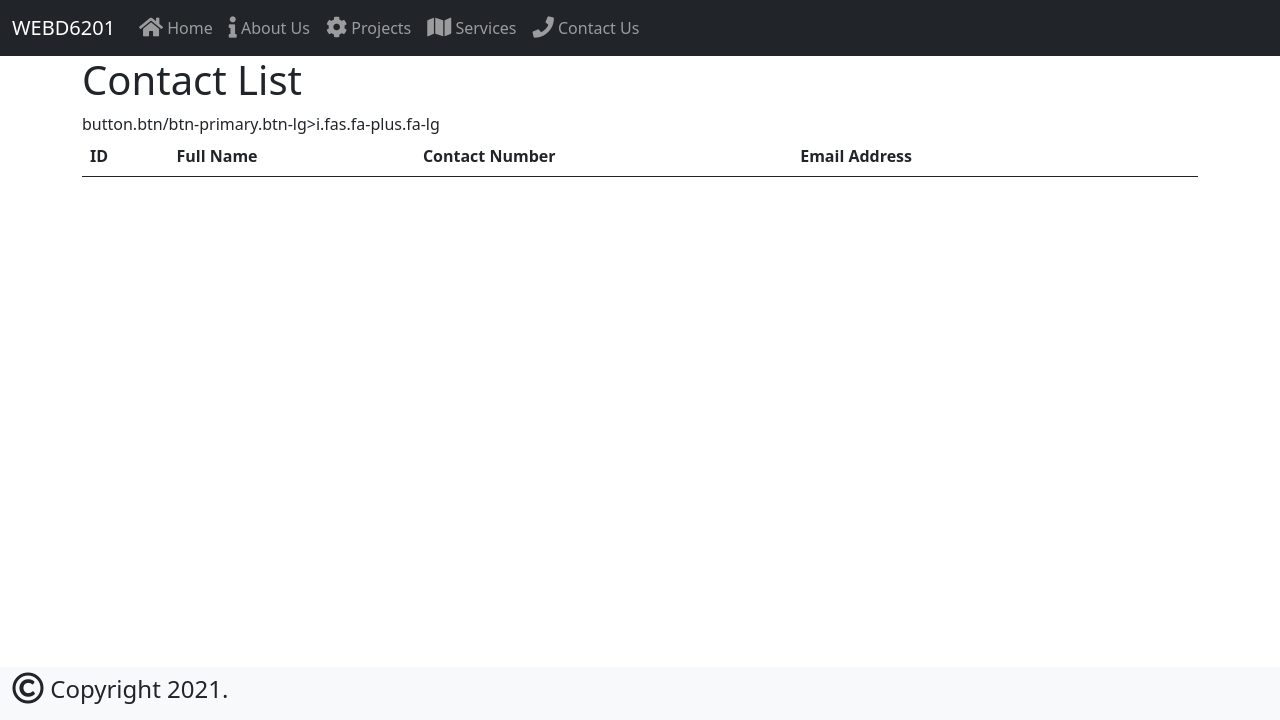
Repository: GarlicButterBoy/WEBD6201-ICE04
Page: contact-list.html
The author's editor kept a copy of each file at every save. The page is drawn from the files as they stood at one save, then again after a run of saves.
The browser window is 1280 px wide. The pictures show the whole page.

Above is the page before, as saved 2021-02-10 09:20:25.

### contact-list.html
<!DOCTYPE html>
<html lang="en">
<head>
    <meta charset="UTF-8">
    <meta name="viewport" content="width=device-width, initial-scale=1.0">
    <title>Contact-List</title>
    <!-- CSS Section -->
    <link rel="stylesheet" href="./node_modules/bootstrap/dist/css/bootstrap.min.css">
    <link rel="stylesheet" href="./node_modules/@fortawesome/fontawesome-free/css/all.min.css">
    <link rel="stylesheet" href="./Content/app.css">
</head>
<body>
    <!-- Main Header -->
    <header>
        <!-- Main Navigation -->
        <nav class="navbar navbar-expand-lg navbar-dark bg-dark">
            <div class="container-fluid">
              <a class="navbar-brand" href="index.html">WEBD6201</a>
              <button class="navbar-toggler" type="button" data-bs-toggle="collapse" data-bs-target="#navbarSupportedContent" aria-controls="navbarSupportedContent" aria-expanded="false" aria-label="Toggle navigation">
                <span class="navbar-toggler-icon"></span>
              </button>
              <div class="collapse navbar-collapse" id="navbarSupportedContent">
                <ul class="navbar-nav me-auto mb-2 mb-lg-0">
                  <li class="nav-item">
                    <a class="nav-link" aria-current="page" href="index.html"><i class="fas fa-home fa-lg"></i> Home</a>
                  </li>

                  <li class="nav-item">
                    <a class="nav-link" aria-current="page" href="about.html"><i class="fas fa-info fa-lg"></i> About Us</a>
                  </li>

                  <li class="nav-item">
                    <a class="nav-link" aria-current="page" href="projects.html"><i class="fas fa-cog fa-lg"></i> Projects</a>
                  </li>

                  <li class="nav-item">
                    <a class="nav-link" aria-current="page" href="services.html"><i class="fas fa-map fa-lg"></i> Services</a>
                  </li>

                  <li class="nav-item">
                    <a class="nav-link" aria-current="page" href="contact.html"><i class="fas fa-phone fa-lg"></i> Contact Us</a>
                  </li>
                </ul>
              </div>
            </div>
          </nav>
    </header>

    <!-- Main Content -->
    <main class="container">
        <h1>Contact List</h1>

        <div class="row">
          <div class="col">

            button.btn/btn-primary.btn-lg>i.fas.fa-plus.fa-lg
            <table class="table table-striped">


            <thead>
              <tr>
                <th scope="col">ID</th>
                <th scope="col">Full Name</th>
                <th scope="col">Contact Number</th>
                <th scope="col">Email Address</th>
                <th scope="col"></th>
                <th scope="col"></th>
              </tr>
            </thead>
            <tbody id="contactList">
            </tbody>
          </table>
          </div>
        </div>
    </main>

    <!-- Main Footer -->
    <footer>
        <nav class="navbar fixed-bottom navbar-light bg-light">
            <div class="container-fluid">
              <h4><i class="far fa-copyright fa-lg"></i> Copyright 2021.</h4>
            </div>
          </nav>
    </footer>

    <!-- Script Section-->
    <script src="./node_modules/jquery/dist/jquery.min.js"></script>
    <script src="./node_modules/bootstrap/dist/js/bootstrap.bundle.min.js"></script>
    <script src="./Scripts/namespace.js"></script>
    <script src="./Scripts/contact.js"></script>
    <script src="./Scripts/app.js"></script>
</body>
</html>

### Scripts/namespace.js

//namespace core
let core;

### Scripts/contact.js
"use strict";

//Contact Class

(()=>{
    class Contact {

        //getters and setters
      get FullName()
      {
          return this.m_fullName;
      }
      get ContactNumber()
      {
          return this.m_conactNumber;
      }
      get EmailAddress()
      {
          return this.m_emailAddress;
      }
      set FullName(value)
      {
          this.m_fullName = value;
      }
      set ContactNumber(value)
      {
          this.m_conactNumber = value;
      }
      set EmailAddress(value)
      {
          this.m_emailAddress = value;
      }

        //Constructor
        /**
         * A Constructor for any Contact objects being instantiated
         * @param {string} fullName
         * @param {string} contactNumber
         * @param {string} emailAddress
         */
        constructor(fullName = "", contactNumber = "", emailAddress = "")
        {
            this.ContactNumber = contactNumber;
            this.EmailAddress = emailAddress;
            this.FullName = fullName;
        }



        //Methods
        /**
         * Overrides the toString method to print the Contact class
         * @returns {string}
         */
        toString()
        {
            return `Full Name: ${this.m_fullName}\nPhone: ${this.m_contactNumber}\nEmail: ${this.m_emailAddress}`;
        }

        /**
         * This method returns a JSON Object
         * @returns {Object}
         */
        toJSON()
        {
            return {
                "fullName":this.FullName,
                "contactNumber":this.ContactNumber,
                "emailAddress":this.EmailAddress
            }
        }
        /**
         * Method converts the Contact into a comma-seperated value string
         * @returns {String}
         */
        serialize()
        {
            if (this.FullName !== "" && this.ContactNumber !== "" && this.EmailAddress !== "")
            {
                return `${this.FullName},${this.ContactNumber},${this.EmailAddress}`;
            }
            else
            {
                console.error("Error: One of more of the Contact Properties are empty or null.");
                return null;
            }

        }
        /**
         * Method takes a comma-seperated data string and assigns the values to the contact class properties
         * @param {string} data
         * @returns {void}
         */
        deserialize(data)
        {
            let propertyArray = data.split(",");
            this.FullName = propertyArray[0];
            this.ContactNumber = propertyArray[1];
            this.EmailAddress = propertyArray[2];
        }

    }

core.Contact = Contact;

})(core || (core={}));

### Scripts/app.js
/* custom JavaScript goes here */

//IIFE - Immediately Invoked Function Expression
//AKA - Anonymous Self-Executing Function
//Closure - limits scope leak

"use strict";
/* Example of a class being created with brand new functions
let myContact =
{
  "firstName":"Nick SF",
  "contactNumber":"905-123-4567",
  "emailAddress":"email@test.com",
  "saysHello":function() { console.log(`${fullName} says Hello!`); },
  "someOtherObject":{  "friendsList":["Tony", "Stephen", "Peter"]  }

};*/

((core) =>
{
    function displayHome()
    {
/*
      $("button").on("mouseover", function(){
        console.log("JQuery Click");
      });

      let myButton = document.querySelectorAll("button")[1];
      myButton.addEventListener("click", () => {
        console.log("Button Clicked!");
      });
*/
      //console.log(myButton);

        let paragraphOneText =
          "This is a simple site to demonstrate DOM Manipulation for ICE 1";

        let paragraphOneElement = document.getElementById("paragraphOne");

        paragraphOneElement.textContent = paragraphOneText;
        paragraphOneElement.className = "fs-5";

        // Step 1. document.createElement
        let newParagraph = document.createElement("p");
        // Step 2. configure the element
        newParagraph.setAttribute("id", "paragraphTwo");
        newParagraph.textContent = "...And this is paragraph two";
        // Step 3. select the parent element
        let mainContent = document.getElementsByTagName("main")[0];
        // Step 4. Add / Insert the element
        mainContent.appendChild(newParagraph);

        newParagraph.className = "fs-6";

        // another way of injecting content
        let paragraphDiv = document.createElement("div");
        let paragraphThree = `<p id="paragraphThree" class="fs-7 fw-bold">And this is the Third Paragraph</p>`;
        paragraphDiv.innerHTML = paragraphThree;

        // insertions

        // example of inserting before a node
        //newParagraph.before(paragraphDiv);

        // example of inserting after a node
        newParagraph.after(paragraphDiv);

        // deletions

        // example of removing a single element
        //paragraphOneElement.remove();

        // example of removeChild
        mainContent.removeChild(paragraphOneElement);

        // update / modification
        //mainContent.firstElementChild.textContent = "Welcome Home!";

        mainContent.innerHTML = `<h1 id="firstHeading">Welcome to WEBD6201 - Lab 1</h1>
         <p id="paragraphOne" class="fs-3 fw-bold">This is my first Paragraph</p>
        `;

    }

    function displayAbout()
    {

    }

    function displayProjects()
    {

    }

    function displayServices()
    {

    }

    function displayContact()
    {
        //This is the same as below
        let messageArea = $("#messageArea").hide();
        //Same as this
        //let messageArea = document.getElementById("messageArea");
        //messageArea.hidden = true;

        // form validation
        $("#fullName").on("blur", function()
        {
          if($(this).val().length < 2)
            {
                //JQuery example of the lines below
                $(this).trigger("focus").trigger("select");
                messageArea.show().addClass("alert alert-danger").text("Please enter an appropriate name");
                //fullName.focus();
                //fullName.select();
                //messageArea.hidden = false;
                //messageArea.className = "alert alert-danger";
                //messageArea.textContent = "Please enter an appropriate Name";
            }
            else
            {
                //JQuery example of the line below
                messageArea.removeAttr("class").hide();
                //messageArea.hidden = true;
                //messageArea.removeAttribute("class");
            }
        });
        //let fullName = document.getElementById("fullName");
        //fullName.addEventListener("blur", function() {});

        $("#sendButton").on("click", ()=>
        {
          if ($("#subscribeCheckbox")[0].checked)
          {
            let contact = new core.Contact(FullName.value, ContactNumber.value, EmailAddress.value);
            if(contact.serialize()) //checking if the serialized object exists
            {
              let key = contact.FullName.substring(0, 1) + Date.now();

              localStorage.setItem(key, contact.serialize());
            }
          }
        });

        //let sendButton = document.getElementById("sendButton");
        //sendButton.addEventListener("click", function(event){

            //event.preventDefault();
            //console.log(contact.serialize());
            //fullName.value = "";
            //contactNumber.value = "";
            //emailAddress.value = "";
        //});
    }
    function displayContactList()
    {

      if(localStorage.length > 0)
      {
        let contactList = document.getElementById("contactList");

        let data = "";
        let keys = Object.keys(localStorage);

        let index = 1;

        for (const key of keys)
        {
          console.log(key);
          let contactData = localStorage.getItem((key).toString());

          console.log(contactData);

          let contact = new core.Contact();
          contact.deserialize(contactData);

          data += `<tr>
                  <th scope="row">${index}</th>
                  <td>${contact.FullName}</td>
                  <td>${contact.ContactNumber}</td>
                  <td>${contact.EmailAddress}</td>
                  <td class="text-center"><button class="btn btn-primary btn-sm edit" value="${key}"><i class="fas fa-sm fa-edit"></i> Edit</button></td>
                  <td class="text-center"><button class="btn btn-warning btn-sm delete" value="${key}"><i class="fas fa-sm fa-trash-alt"></i> Delete</button></td>
                  </tr>`;
          index++;
        }

        contactList.innerHTML = data;
        //TODO: Create an Edit page
        $("button.edit").on("click", function()
        {
          location.href = "edit.html#" + $(this).val();
        });


        $("button.delete").on("click", function()
        {
          if(confirm("Are you sure?"))
          {
            localStorage.removeItem($(this).val());
          }
          location.href = "contact-list.html";
        });
      }


    }
    function displayEdit()
    {

      let key = location.hash.substring(1);

      let contact = new core.Contact();

      //Simple check to ensure the key is not empty
      if(key != "")
      {
        //get contact info from localStorage
        contact.deserialize(localStorage.getItem(key));
        //Display contact info
        $("#fullName").val(contact.FullName);
        $("#contactNumber").val(contact.ContactNumber);
        $("#emailAddress").val(contact.EmailAddress);
      }
      //Edit Button
      $("#editButton").on("click", function()
      {
        //If key is empty, make new one
        if (key == "")
        {
          key = contact.FullName.substring(0, 1) + Date.now();
        }

        //Update the contact info using the newly typed data
        contact.FullName = $("#fullName").val();
        contact.ContactNumber = $("#contactNumber").val();
        contact.EmailAddress = $("#emailAddress").val();

        //Update localStorage
        localStorage.setItem(key, contact.serialize());

        //Navigate back to the contact-list.html
        location.href = "contact-list.html";
      });
      //Cancel Button
      $("#cancelButton").on("click", function()
      {
        //return to contact-list.html
        location.href = "contact-list.html";
      });

    }

    function Start()
    {
        console.log("App Started...");




        switch (document.title)
        {
          case "Home":
              displayHome();
            break;
          case "About":
              displayAbout();
            break;
          case "Projects":
              displayProjects();
            break;
          case "Services":
              displayServices();
            break;
          case "Contact":
              displayContact();
            break;
          case "Contact-List":
              displayContactList();
              break;
          case "Edit":
              displayEdit();
            break;
        }

    }

    window.addEventListener("load", Start);

    core.Start = Start;


})  (core || (core={}));

Loaded but not shown: node_modules/bootstrap/dist/css/bootstrap.min.css (library); node_modules/@fortawesome/fontawesome-free/css/all.min.css (library); Content/app.css (common file); node_modules/jquery/dist/jquery.min.js (library); node_modules/bootstrap/dist/js/bootstrap.bundle.min.js (library)

After the next 4 saves:
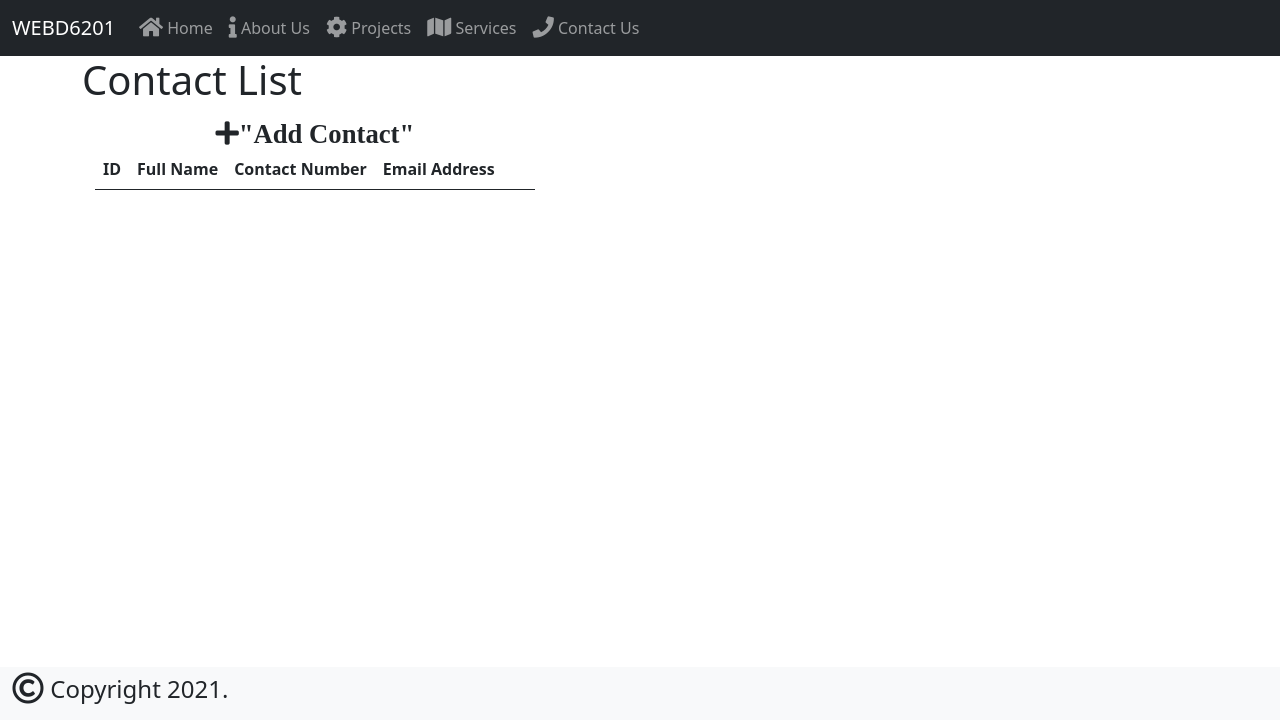
The 4 saves are shown as one change because they came seconds apart.
The last was saved 15 s later.
--- a/contact-list.html
+++ b/contact-list.html
@@ -53,7 +53,8 @@
         <div class="row">
           <div class="col">
 
-            button.btn/btn-primary.btn-lg>i.fas.fa-plus.fa-lg
+            <button class="btn">
+            <btn-primary class="btn-lg"><i class="fas fa-plus fa-lg">"Add Contact"</i></btn-primary>
             <table class="table table-striped">
 
 
